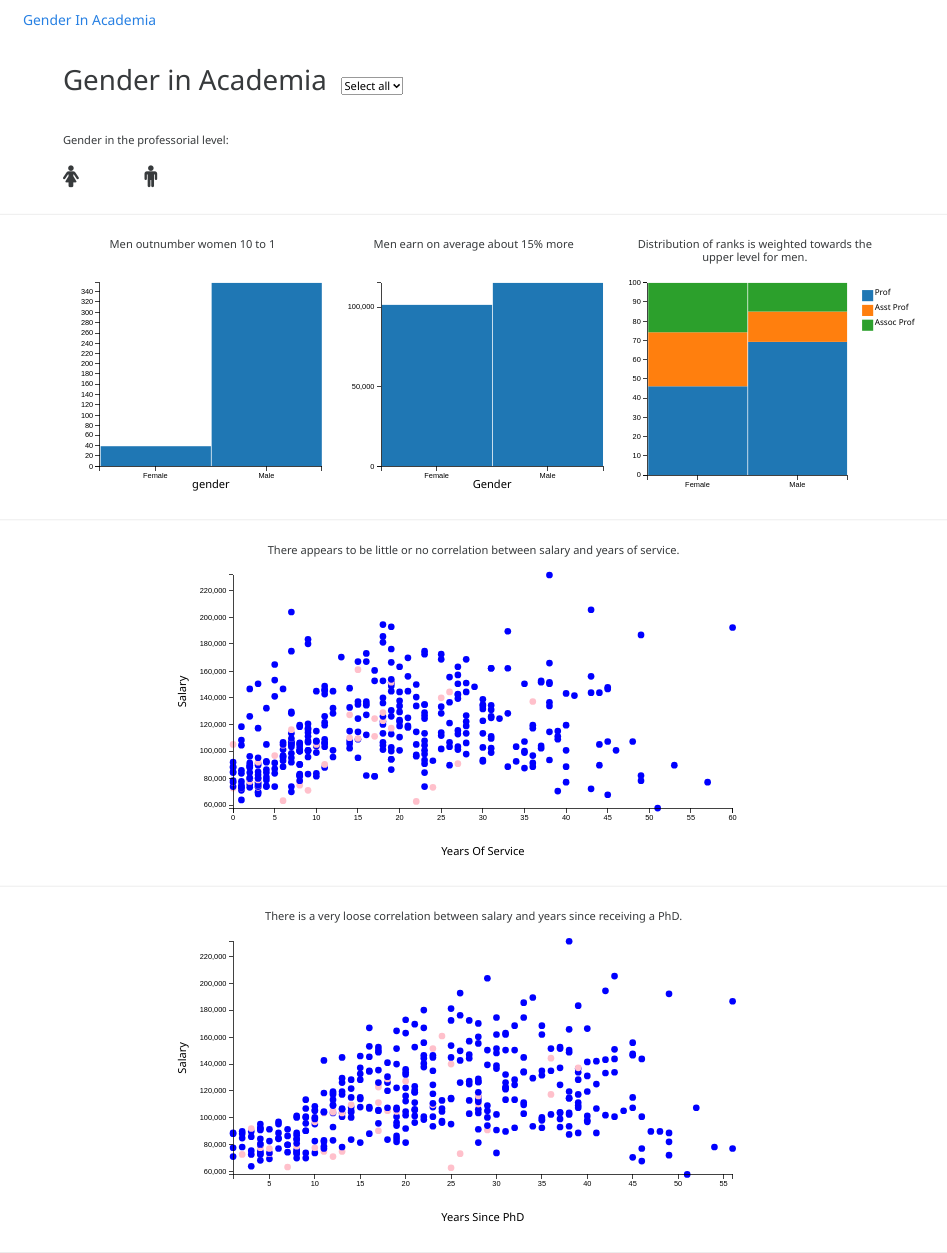
Repository: NeiloErnesto89/Crossfilter_JS_GenderInAcademiaGraphs
Page: index.html
The author's editor kept a record of every edit. The page is drawn from the files as they stood at one moment, then again after the next edit.
The browser window is 1280 px wide. The pictures show the whole page, at 74% of full size.

Above is the page before.

### index.html
<!DOCTYPE html>
<html lang="en">
<head>
    <meta charset="UTF-8">
    <meta name="viewport" content="width=device-width, initial-scale=1.0">
    <meta http-equiv="X-UA-Compatible" content="ie=edge">
    <title>Gender In Academia</title>

    <link rel="stylesheet" href="static/css/bootstrap.min.css" type="text/css" />
    <link rel="stylesheet" href="static/css/dc.min.css" type="text/css" />
     <link rel="stylesheet" type="text/css" href="https://maxcdn.bootstrapcdn.com/font-awesome/4.7.0/css/font-awesome.min.css">
    <link rel="stylesheet" href="static/css/style.css" type="text/css" /> <!-- after predefine bs as we want our own files to overrride others -->

    <script type="text/javascript" src="static/js/d3.min.js"></script>
    <script type="text/javascript" src="static/js/crossfilter.min.js"></script>
    <script type="text/javascript" src="static/js/dc.min.js"></script>
    <script type="text/javascript" src="static/js/queue.min.js"></script>
    <script type="text/javascript" src="static/js/graph.js"></script>


</head>
<body>
 <nav class="navbar navbar-default">
      <div class="container-fluid">
        <div class="navbar-header">
          <a class="navbar-brand" href="#">Gender In Academia</a>
        </div>
    </div>
    </nav>

<main>
      <section class="section">
        <div class="container">

          <div class="row">
            <div class="col-xs-12 col-sm-12">
              <h1 class="section-heading">Gender in Academia</h1>
              <div id="discipline-selector"></div>
            </div>
          </div>

          <div class="row">
                    <div class="col-xs-12 col-sm-12">
                        <p class="section-paragraph">Gender in the professorial level:</p>
                    </div>

            <div class="col-xs-12 col-sm-6 col-lg-6">
                <i class="fa fa-female fa-gender" aria-hidden="true"></i> <span class="number-box" id="percent-of-women-professors"></span>
                <i class="fa fa-male fa-gender" aria-hidden="true"></i> <span class="number-box" id="percent-of-men-professors"></span>
            </div>
          </div>
        </div>
    </section>


      <section class="section">
        <div class="container">

          <div class="row">
            <div class="col-xs-12 col-sm-4 text-center">
              <p class="section-paragraph">Men outnumber women 10 to 1</p>
              </div>
              <div class="col-xs-12 col-sm-4 text-center">
                <p class="section-paragraph">Men earn on average about 15% more</p>
              </div>
              <div class="col-xs-12 col-sm-4 text-center">
                            <p class="section-paragraph">Distribution of ranks is weighted towards the upper level for men.</p>
                        </div>
            </div>

            <div class="row">
              <div class="col-xs-12 col-sm-4 text-center" id="gender-balance" class="custom-chart"></div>
              <div class="col-xs-12 col-sm-4 text-center" id="average-salary" class="custom-chart"></div>
              <div class="col-xs-12 col-sm-4 text-center" id="rank-distribution" class="custom-chart"></div>
            </div>
          </div>
        </section>

        <section class="section">
          <div class="container">

            <div class="row">
              <div class="col-xs-12 col-sm-12 text-center">
                <p class="section-paragraph">There appears to be little or no correlation between salary and years of service.</p>
            </div>

            <div class="col-xs-12 col-sm-12 text-center" id="service-salary">

            </div>
          </div>
        </div>
      </section>

      <section class="section">
        <div class="container">

          <div class="row">
            <div class="col-xs-12 col-sm-12 text-center">
              <p class="section-paragraph">There is a very loose correlation between salary and years since receiving a PhD.</p>
            </div>

            <div class="col-xs-12 col-sm-12 text-center" id="phd-salary"></div>
          </div>

        </div>
      </section>
    </main>
</body>
</html>

### static/css/style.css
.navbar-default {
	background-image: none;
	margin-bottom: 0;
}

.section-heading, #discipline-selector {
	display: inline-block;
	float: none;
	margin: 0;
}

.section-heading {
	margin-bottom: 50px;
}

#discipline-selector {
	margin-left: 15px;
}

.number-box {
	margin-right: 75px;
}

.number-box, .fa.fa-gender {
    font-size: 30px;
    font-weight: 500;
}

.fa-gender {
	margin-right: 10px;
}

.custom-chart {
	margin-bottom: 40px;
}

.section {
	border-bottom: 1px solid #e6e6e6;
	padding: 30px 0;
}

.section-paragraph {
	line-height: 1.2;
}

### static/js/graph.js
queue()
    .defer(d3.csv, "data/Salaries.csv ") // 2 arguments, format of data (1) and path to data (2)
    .await(makeGraphs);

function makeGraphs(error, salaryData) { // 2 arugments, 1st var is error, 2nd is var that data will be passed into queue js
    var ndx = crossfilter(salaryData);

    salaryData.forEach(function(d) {
        d.salary = parseInt(d.salary);
        d.yrs_since_phd = parseInt(d["yrs.since.phd"]);
        d.yrs_service = parseInt(d["yrs.service"]);
        /* already has '.' notation in file*/
    })

    show_discipline_selector(ndx);

    show_percent_that_are_professors(ndx, "Female", "#percentage-of-women-professors");
    show_percent_that_are_professors(ndx, "Male", "#percentage-of-men-professors");

    show_gender_balance(ndx);
    show_average_salary(ndx);
    show_rank_distribution(ndx);

    show_service_to_salary_correlation(ndx);

    show_phd_to_salary_correlation(ndx);

    dc.renderAll();

}


function show_discipline_selector(ndx) {
    var dim = ndx.dimension(dc.pluck('discipline'));
    var group = dim.group();

    dc.selectMenu("#discipline-selector")
        .dimension(dim)
        .group(group);
}

function show_percent_that_are_professors(ndx, gender, element) {
var percentageThatAreProf = ndx.groupAll().reduce(
    function (p, v) {
        if (v.sex === gender) { //new argument from ndx
             p.count++;
                if (v.rank === "Prof") {
                    p.are_prof++;
                }
        }
        return p;
    },

    function (p, v) {
            if (v.sex === gender) {
             p.count--;
                if (v.rank === "Prof") {
                    p.are_prof--;
                }
        }
        return p;
    },

    function () {
       return {count: 0, are_prof: 0};
    }
    );

    dc.numberDisplay(element) // formerly "#percentage-of-women-professors"
        .formatNumber(d3.format(".2% "))
        .valueAccessor(function(d) {
            if (d.count == 0) {
                return 0;
            } else {
                return (d.are_prof / d.count);
            }
        })
        .group(percentageThatAreProf);
}

function show_gender_balance(ndx) {
    var dim = ndx.dimension(dc.pluck("sex"));
    var group = dim.group(); // no reduce as we just count the rows

    dc.barChart('#gender-balance')
    .width(400)
    .height(300)
    .margins({top: 10, right: 50, bottom: 30, left: 50})
    .dimension(dim)
    .group(group)
    .transitionDuration(500)
    .x(d3.scale.ordinal())
    .xUnits(dc.units.ordinal)
   // .elasticY(true)
    .xAxisLabel("gender")
    .yAxis().ticks(20);

}

function show_average_salary(ndx) {
    var dim = ndx.dimension(dc.pluck('sex'));

    function add_item(p, v) {
        p.count++;
        p.total += v.salary;
        p.average = p.total / p.count;
        return p;
    }

    function remove_item(p, v) {
        p.count--;
        if(p.count == 0) {
            p.total = 0;
            p.average = 0;
        } else {
            p.total -= v.salary;
            p.average = p.total / p.count;
        }
        return p;
    }

    function initialise() {
        return {count: 0, total: 0, average: 0};
    }

    var averageSalaryByGender = dim.group().reduce(add_item, remove_item, initialise);


    dc.barChart('#average-salary')
    .width(400)
    .height(300)
    .margins({top: 10, right: 50, bottom: 30, left: 50})
    .dimension(dim)
    .group(averageSalaryByGender)
    .valueAccessor(function (d){
        return d.value.average.toFixed(2);
        })
        .transitionDuration(500)
    .x(d3.scale.ordinal())
    .xUnits(dc.units.ordinal)
    .elasticY(true)
    .xAxisLabel("Gender")
    .yAxis().ticks(4);
}

function show_rank_distribution(ndx) {

 //   var  dim = ndx.dimension(dc.pluck('sex'));

/*    var profByGender = dim.group().reduce(
        function (p, v) {
            p.total++;
            if(v.rank == rank) {
                p.match++;
            }
            return p;
        },
        function (p, v) {
            p.total--;
            if(v.rank == rank) {
                p.match--;
            }
            return p;
        },
        function () {
            return {total: 0, match: 0};
        }
    );
*/
    function rankByGender (dimension, rank) {
        return dimension.group().reduce(
            function (p, v) {
                p.total++;
                if(v.rank == rank) {
                    p.match++;
                }
                return p;
            },
            function (p, v) {
                p.total--;
                if(v.rank == rank) {
                    p.match--;
                }
                return p;
            },
            function () {
                return {total: 0, match: 0};
            }
        );
    }

    var  dim = ndx.dimension(dc.pluck('sex'));
    var profByGender = rankByGender(dim, "Prof");
    var asstProfByGender = rankByGender(dim, "AsstProf");
    var assocProfByGender = rankByGender(dim, "AssocProf");

    //  console.log(profByGender.all());

    dc.barChart("#rank-distribution")
        .width(400)
        .height(300)
        .dimension(dim)
        .group(profByGender, "Prof")
        .stack(asstProfByGender, "Asst Prof")
        .stack(assocProfByGender, "Assoc Prof")
        .valueAccessor(function(d) {
            if(d.value.total > 0) {
                return (d.value.match / d.value.total) * 100; // to get % of match
            } else {
                return 0;
            }
        })
        .x(d3.scale.ordinal())
        .xUnits(dc.units.ordinal)
        .legend(dc.legend().x(320).y(20).itemHeight(15).gap(5))
        .margins({top: 10, right: 100, bottom: 30, left: 30});


}

function show_service_to_salary_correlation(ndx) {

    var genderColors = d3.scale.ordinal()
        .domain(["Female", "Male"])
        .range(["pink", "blue"]) // domain and range need to have same amounts as the correlate

    var eDim = ndx.dimension(dc.pluck("yrs_service"));
    var experienceDim = ndx.dimension(function(d) {
        return [d.yrs_service, d.salary, d.rank, d.sex];
    });
    var experienceSalaryGroup = experienceDim.group();

    var minExperience = eDim.bottom(1)[0].yrs_service;
    var maxExperience = eDim.top(1)[0].yrs_service;

    dc.scatterPlot("#service-salary")
        .width(800)
        .height(400)
        .x(d3.scale.linear().domain([minExperience, maxExperience]))
        .brushOn(false)
        .symbolSize(8)
        .clipPadding(10)
        .yAxisLabel("Salary")
        .xAxisLabel("Years Of Service")
        .title(function(d) {
            return d.key[2] + " earned " + d.key[1];
        })
        .colorAccessor(function(d) {
            return d.key[3];
        })
        .colors(genderColors)
        .dimension(experienceDim)
        .group(experienceSalaryGroup)
        .margins({top: 10, right: 50, bottom: 75, left: 75});
}



function show_phd_to_salary_correlation(ndx) {

    var genderColors = d3.scale.ordinal()
        .domain(["Female", "Male"])
        .range(["pink", "blue"]) // domain and range need to have same amounts as the correlate

    var pDim = ndx.dimension(dc.pluck("yrs_since_phd"));
    var phdDim = ndx.dimension(function(d) {
        return [d.yrs_since_phd, d.salary, d.rank, d.sex];
    });
    var phdSalaryGroup = phdDim.group();

    var minPhd = pDim.bottom(1)[0].yrs_since_phd;
    var maxPhd = pDim.top(1)[0].yrs_since_phd;

    dc.scatterPlot("#phd-salary")
        .width(800)
        .height(400)
        .x(d3.scale.linear().domain([minPhd, maxPhd]))
        .brushOn(false)
        .symbolSize(8)
        .clipPadding(10)
        .yAxisLabel("Salary")
        .xAxisLabel("Years Since PhD")
        .title(function(d) {
            return d.key[2] + " earned " + d.key[1];
        })
        .colorAccessor(function(d) {
            return d.key[3];
        })
        .colors(genderColors)
        .dimension(phdDim)
        .group(phdSalaryGroup)
        .margins({top: 10, right: 50, bottom: 75, left: 75});

}

Loaded but not shown: static/css/bootstrap.min.css (library); static/css/dc.min.css (library); static/js/d3.min.js (library); static/js/crossfilter.min.js (library); static/js/dc.min.js (library); static/js/queue.min.js (common file)

After the next edit:
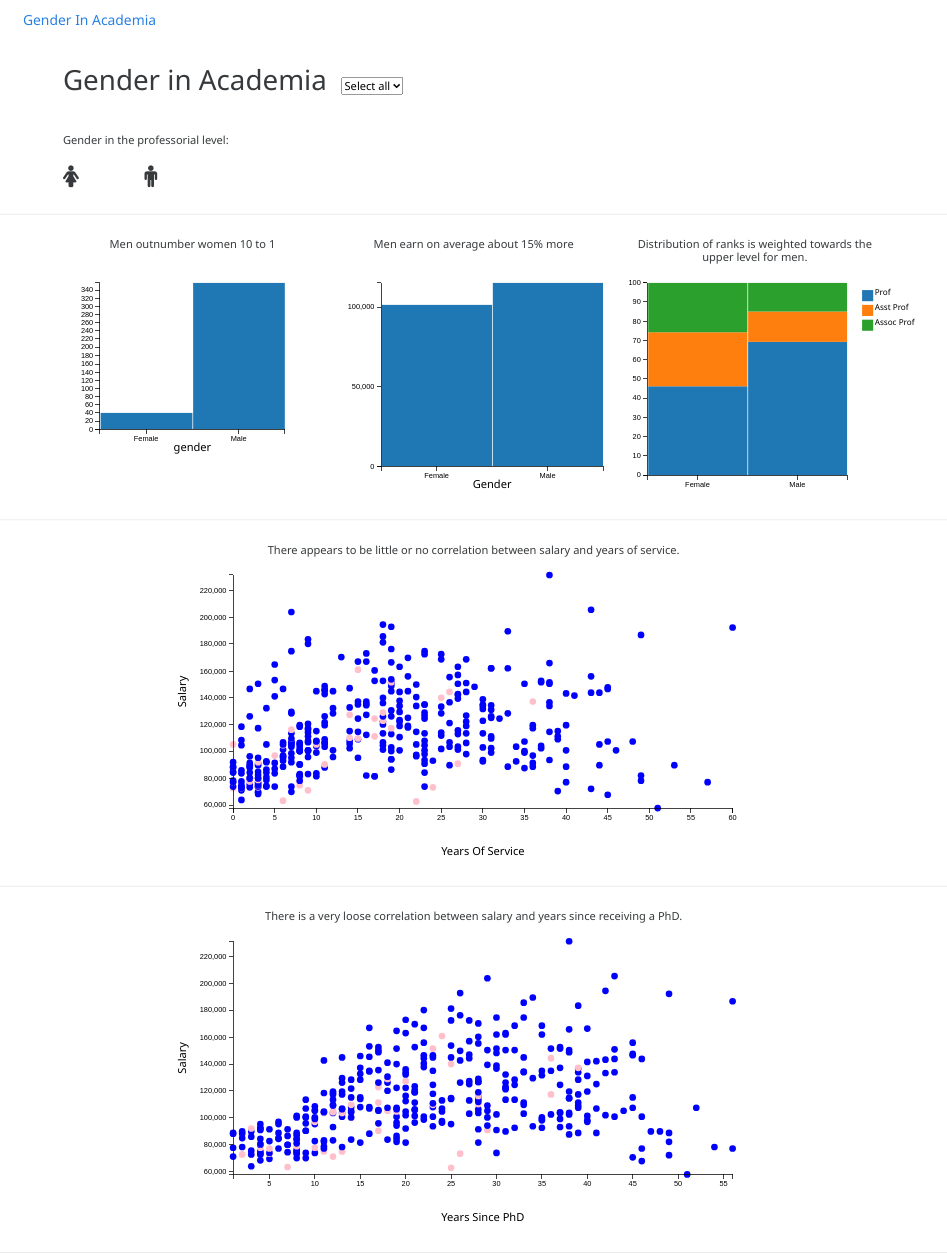
The edit:
--- a/static/js/graph.js
+++ b/static/js/graph.js
@@ -83,8 +83,8 @@
     var group = dim.group(); // no reduce as we just count the rows
 
     dc.barChart('#gender-balance')
-    .width(400)
-    .height(300)
+    .width(350)
+    .height(250)
     .margins({top: 10, right: 50, bottom: 30, left: 50})
     .dimension(dim)
     .group(group)
